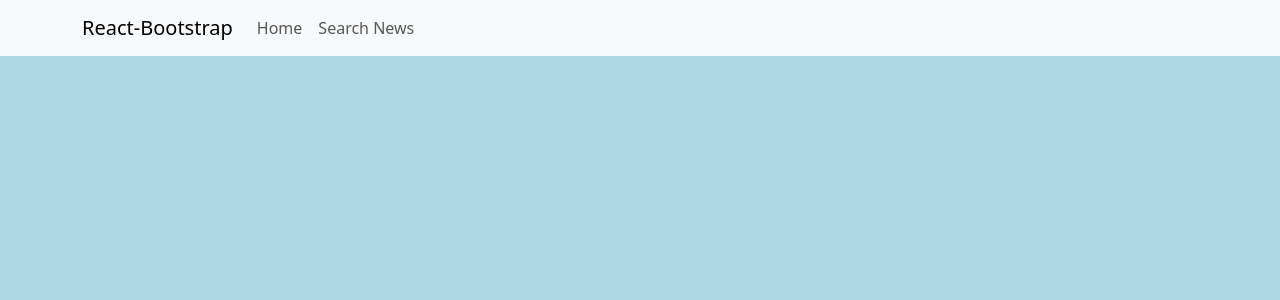
Repository: oksana117/news-app
Page: /login (app in client/)
The author's editor kept a copy of each file at every save. The page is drawn from the files as they stood at one save, then again after a run of saves.
The browser window is 1280 px wide. The pictures show the whole page.
The project was rebuilt for these pictures with package versions that can differ from the ones it lists, and the page was loaded fresh each time. Also part of the build but not shown: client/vite.config.js, client/src/Register.jsx, client/src/Login.jsx, client/src/Home.jsx.

Above is the page before, as saved 2024-09-26 17:54:06.

After the next 2 saves:
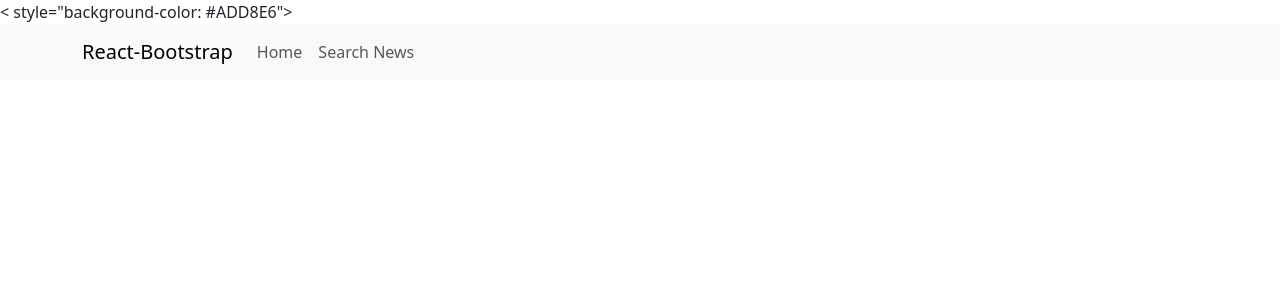
The 2 saves are shown as one change because they came seconds apart.
The last was saved 16 s later.
--- a/client/index.html
+++ b/client/index.html
@@ -8,9 +8,9 @@
   <title>Latest News</title>
 </head>
 
-<body style="background-color: #ADD8E6">
-  <div id="root"></div>
-  <script type="module" src="/src/main.jsx"></script>
+< style="background-color: #ADD8E6">
+<div id="root"></div>
+<script type="module" src="/src/main.jsx"></script>
 </body>
 
 </html>
